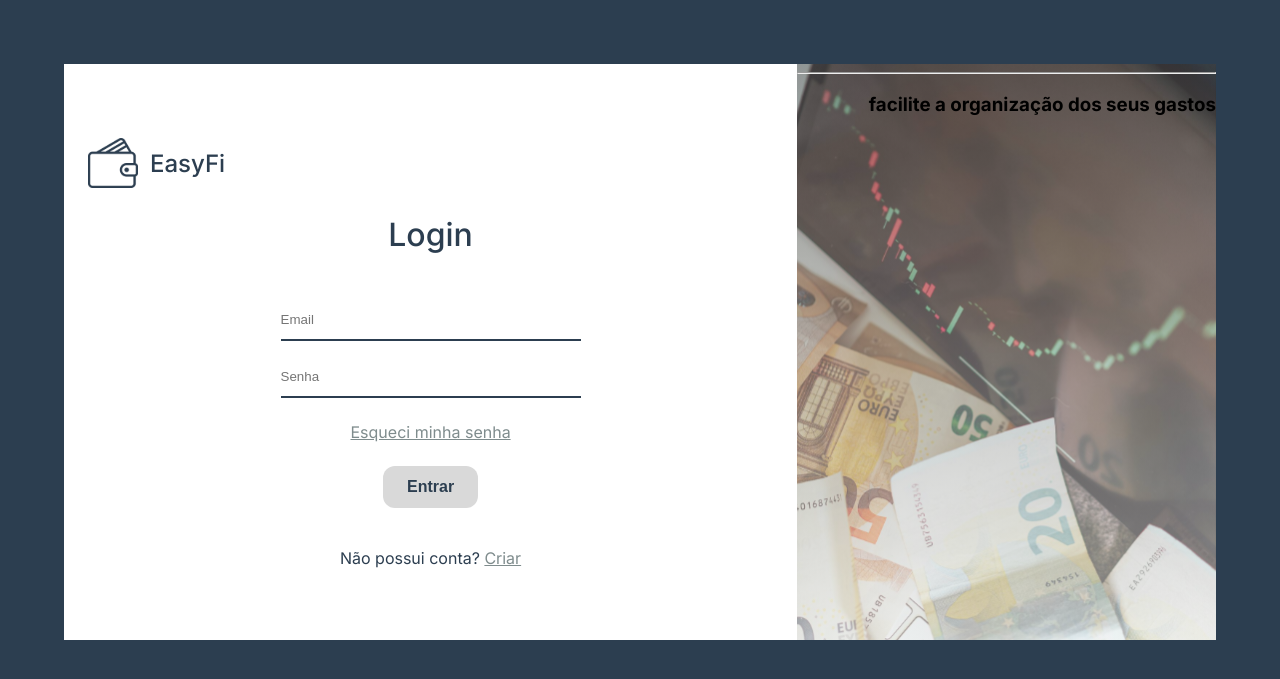
Repository: Ingridiag/projeto-engenharia
Page: login.html
An editor plug-in stored every save of this project. The page is shown before and after the next save, followed by the edit.
The browser window is 1280 px wide. The pictures show the whole page.

Above is the page before, as saved 2024-10-28 17:44:12.

After the next save:
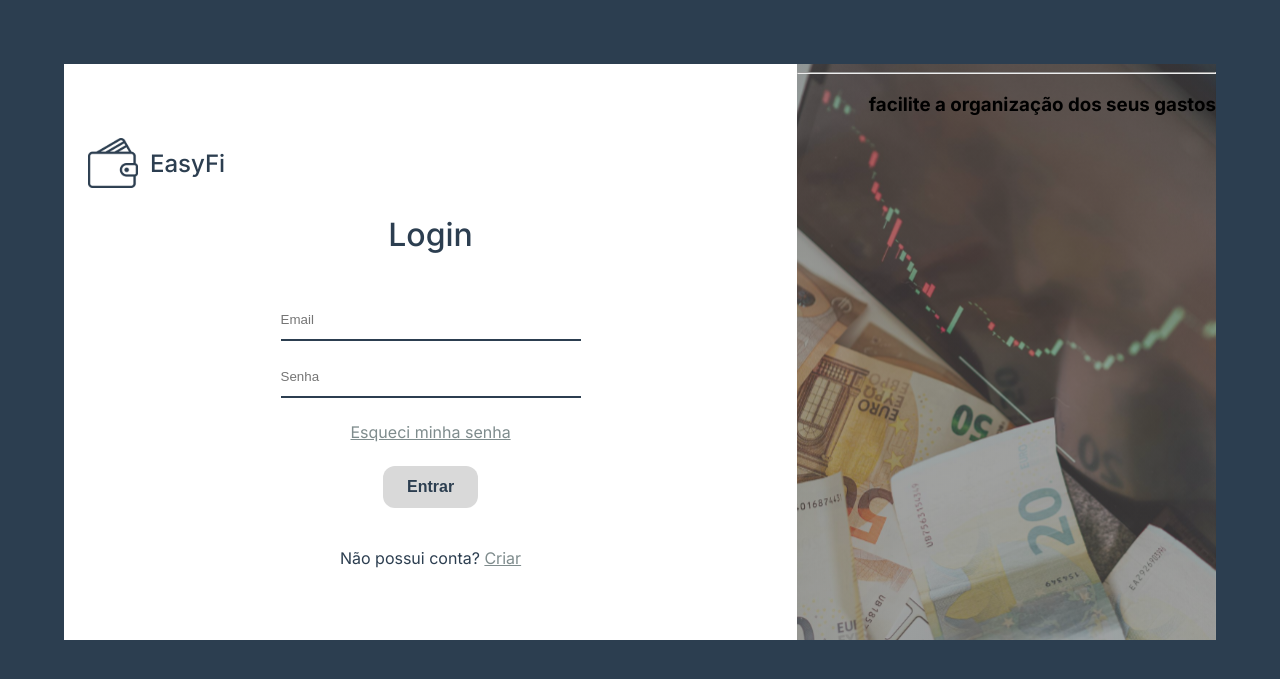
Saved 22 s later.
--- a/style.css
+++ b/style.css
@@ -101,7 +101,7 @@ body {
 .decor{
   width: 40%;
   height: 80vh;
-  background: linear-gradient(rgba(94, 94, 94, 0.5), rgba(255, 255, 255, 0.5)),
+  background: linear-gradient(rgba(94, 94, 94, 0.5), rgba(94, 94, 94, 0.5)),
   url(imagens/imagem_background.svg);
   background-position: 50% 50%;
   background-size: cover;
